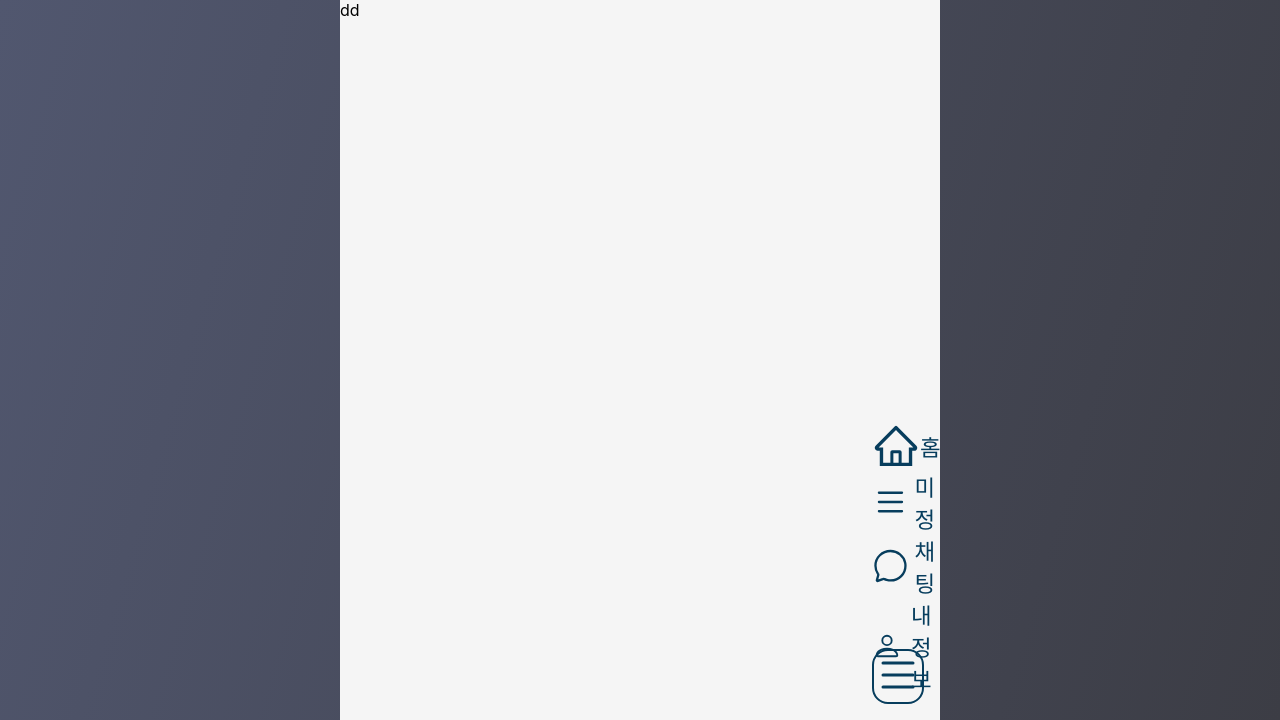
Repository: SeungYn/hanium
Page: /
An editor plug-in stored every save of this project. The page is shown before and after the next save, followed by the edit.
The browser window is 1280 px wide. The pictures show the whole page.
The project was rebuilt for these pictures with package versions that can differ from the ones it lists, and the page was loaded fresh each time. Also part of the build but not shown: src/App.css, src/components/ReadPopup/ReadPopup.module.css, src/components/ReadPopup/ReadPopup.jsx, src/pages/login/Login.jsx.

Above is the page before, as saved 2022-10-27 13:36:12.

### src/index.js
import React from 'react';
import ReactDOM from 'react-dom/client';
import './index.css';
import App from './App';

import { AuthErrorEventBus, AuthProvider } from './context/AuthContext';
import TokenStorage from './db/token';
import HttpClient from './network/http';
import AuthService from './service/auth';

const baseURL = 'https://d4a8ab3f9df191.lhr.life';
const tokenStorage = new TokenStorage();
const authErrorEventBus = new AuthErrorEventBus();
const httpClient = new HttpClient(baseURL, authErrorEventBus, tokenStorage);
const authService = new AuthService(httpClient, tokenStorage);

const root = ReactDOM.createRoot(document.getElementById('root'));
root.render(
  <React.StrictMode>
    <AuthProvider
      authService={authService}
      authErrorEventBus={authErrorEventBus}
      tokenStorage={tokenStorage}
    >
      <App authService={authService} />
    </AuthProvider>
  </React.StrictMode>
);

### src/index.css
:root {
  --color-darkBlue: #073d5d;
  --color-main: #42a5f5;
  --color-bg-dark: #f5f5f5;
  --color-bg: #fdfffd;
  --color-font: #073d5d;
  --color-accent: #073d5d;
  --color-font-accent: white;
  --color-error-bg: rgba(173, 173, 173, 0.401);
  --color-popup-bg: white;
  /* 사이즈 */
  --font-size-medium: 1.4rem;
  --font-size-small: 1rem;
}

* {
  box-sizing: border-box;
}

html,
body {
  height: 100%;
  width: 100%;
  margin: 0;
  background: rgb(81, 87, 111);
  background: linear-gradient(
    106deg,
    rgba(81, 87, 111, 1) 0%,
    rgba(60, 61, 69, 1) 100%
  );
  accent-color: var(--color-accent);
}
a {
  text-decoration: none;
  color: var(--color-font);
}
ul {
  padding: 0;
  margin: 0;
  list-style: none;
}
#root {
  height: 100%;
  width: 100%;
  max-width: 600px;
  background-color: var(--color-bg-dark);
  margin: auto;
  display: flex;
  flex-direction: column;
  position: relative;
}

button {
  cursor: pointer;
}
body {
  margin: 0;
  font-family: -apple-system, BlinkMacSystemFont, 'Segoe UI', 'Roboto', 'Oxygen',
    'Ubuntu', 'Cantarell', 'Fira Sans', 'Droid Sans', 'Helvetica Neue',
    sans-serif;
  -webkit-font-smoothing: antialiased;
  -moz-osx-font-smoothing: grayscale;
}

code {
  font-family: source-code-pro, Menlo, Monaco, Consolas, 'Courier New',
    monospace;
}

### src/App.js
import { useCallback } from 'react';
import { createBrowserRouter, RouterProvider } from 'react-router-dom';
import './App.css';
import FirstPage from './pages/firstPage/FirstPage';
import Root from './pages/Root';

// const router = createBrowserRouter([
//   {
//     path: '/',
//     element: <Root />,
//     children: [],
//   },
// ]);

function App({ authService }) {
  const router = useCallback(
    createBrowserRouter([
      {
        path: '/',
        element: <Root />,
        children: [
          { index: true, element: <FirstPage authService={authService} /> },
        ],
      },
    ]),
    [authService]
  );
  return <RouterProvider router={router} />;
}

export default App;

### src/context/AuthContext.jsx
import {
  createContext,
  createRef,
  useCallback,
  useContext,
  useEffect,
  useImperativeHandle,
  useMemo,
  useState,
} from 'react';
import ReadPopup from '../components/ReadPopup/ReadPopup';

import Login from '../pages/login/Login';

const AuthContext = createContext({});

const contextRef = createRef();

export function AuthProvider({
  authService,
  authErrorEventBus,
  children,
  tokenStorage,
}) {
  const [user, setUser] = useState(1);
  const [error, setError] = useState(null);

  const context = useMemo(() => ({}), []);

  const onLogin = async ({ loginId, password }) => {
    await authService
      .headerTokenLogin(loginId, password)
      .then((data) => {
        console.log(data);
        tokenStorage.saveUser({
          memberId: data.memberId,
          nickname: data.nickname,
        });
        setUser({ memberId: data.memberId, nickName: data.nickname });
        console.log(tokenStorage.getUser());
        return;
      })
      .catch((error) => {
        setError(error);
      });
  };

  const logout = useCallback(
    async () =>
      await authService.logout().then(() => {
        setUser(undefined);
      }),
    [authService]
  );

  useEffect(() => {
    authErrorEventBus.listen((err) => {
      console.log('err');
      console.log(err);
      setError(err);
      setUser(undefined);
      authService.logout();
    });
  }, [authErrorEventBus]);

  useEffect(() => {
    if (tokenStorage.getUser()) {
      setUser({ ...tokenStorage.getUser() });

      //nav('/');
    }

    //setUser({ token: localStorage.getItem('TOKEN') });
  }, []);

  return (
    <AuthContext.Provider value={context}>
      {user ? (
        children
      ) : (
        <>
          {error && (
            <ReadPopup content={error} onHandler={setError} type={'error'} />
          )}
          <Login authService={authService} onLogin={onLogin} />
        </>
      )}
    </AuthContext.Provider>
  );
}

export class AuthErrorEventBus {
  listen(callback) {
    this.callback = callback;
  }
  notify(error) {
    this.callback(error);
  }
}

export default AuthContext;
export const fetchToken = () => contextRef.current;
export const useAuth = () => useContext(AuthContext);

### src/db/token.js
const TOKEN = 'token';
const USER = 'user';
const USERNICKNAME = 'userNickName';
export default class TokenStorage {
  saveToken(token) {
    localStorage.setItem(TOKEN, token);
  }

  getToken() {
    return localStorage.getItem(TOKEN);
  }

  saveUser(user) {
    console.log(user);
    localStorage.setItem(USER, JSON.stringify(user));
    console.log(localStorage.getItem(USER));
  }

  getUser() {
    return JSON.parse(localStorage.getItem(USER));
  }

  clearToken() {
    console.log('토큰삭제');
    localStorage.clear(TOKEN);
  }
  clearUser() {
    console.log('유저삭제');
    localStorage.clear(USER);
  }
}

### src/network/http.js
export default class HttpClient {
  constructor(baseURL, authErrorEventBus, tokenStorage) {
    this.baseURL = baseURL;
    this.authErrorEventBus = authErrorEventBus;
    this.tokenStorage = tokenStorage;
  }

  async fetch(url, options) {
    console.log(`${this.baseURL}${url}`);
    let res = undefined;
    try {
      res = await fetch(`${this.baseURL}${url}`, {
        ...options,
        headers: {
          'Content-Type': 'application/json',
          ...options.headers,
        },
      });
    } catch (e) {
      const err = new Error('서버와 연결이 안됩니다.');
      throw err;
    }

    console.log(123);
    console.log(res);
    if (res.headers.get('Authorization')) {
      this.tokenStorage.saveToken(
        res.headers.get('Authorization').split(' ')[1]
      );
    }

    let data;
    console.log(res.headers);
    try {
      data = await res.json();
    } catch (error) {
      console.error('데이터 없어서 에러');
    }
    console.log(res);
    if (res.status > 299 || res.status < 200) {
      const message =
        data && data.message ? data.message : 'Something went wrong! 🤪';

      let error = new Error(message);

      if (res.status === 401) {
        console.log('401에러');
        error = new Error('로그인 정보가 잘 못 됐습니다.');
        this.authErrorEventBus.notify(error);
        return;
      }
      if (res.status === 400) {
        error.name = data.code ? data.code : '에러코드 등록 필요';
        console.log(error.message);
        throw error;
      }
      throw error;
    }

    return data;
  }
}

### src/service/auth.js
export default class AuthService {
  constructor(http, tokenStorage) {
    this.http = http;
    this.tokenStorage = tokenStorage;
  }

  //내 정보
  async getMyInfo() {
    const data = await this.http.fetch('/user', {
      method: 'GET',
      headers: this.getHeaders(),
    });
    return data;
  }

  //노드 /signup
  //스프링 /join
  async signup({
    nickname,
    loginId,
    password,
    email,
    sex,
    university,
    dept,
    sno,
  }) {
    console.log(nickname, loginId, password, email, sex, university, dept, sno);
    const data = await this.http.fetch('/auth/join', {
      method: 'POST',
      body: JSON.stringify({
        nickname,
        password,
        loginId,
        email,
        sex,
        university,
        dept,
        sno,
      }),
    });
    //this.tokenStorage.saveToken(data.token);
    return data;
  }

  //헤더로 토큰 받고 로그인
  async headerTokenLogin(loginId, password) {
    console.log(loginId, password);
    const data = await this.http.fetch(`/auth/login`, {
      method: 'POST',
      body: JSON.stringify({ loginId, password }),
    });
    // const res = await fetch(`${this.http.baseURL}/login`, {
    //   method: 'POST',
    //   headers: {
    //     'Content-Type': 'application/json',
    //   },
    //   body: JSON.stringify({ loginId, password }),
    // });

    // let data;
    // try {
    //   data = await res.json();
    // } catch (error) {
    //   console.error(error);
    // }

    // if (res.status > 299 || res.status < 200) {
    //   console.log('승유');
    //   const message =
    //     data && data.message ? data.message : 'Something went wrong! 🤪';
    //   const error = new Error(message);
    //   console.error('error = ', error);

    //   if (res.status === 401) {
    //     this.authErrorEventBus.notify(error);
    //   }
    //   if (res.status === 400) {
    //     error.name = data.code ? data.code : '에러코드 등록 필요';
    //     console.log(error.message);
    //     throw error;
    //   }
    //   throw error;
    // }
    // const token = res.headers.get('Authorization').split(' ')[1];
    // this.tokenStorage.saveToken(token);

    return data;
  }

  //노드서버 /idDuplicate
  //스프링서버 /duplicate-loginId
  async idDuplicateVerification(loginId) {
    const data = await this.http.fetch(`/auth/duplicate-loginId`, {
      method: 'POST',
      body: JSON.stringify({ loginId }),
    });
    return data;
  }

  async nicknameDuplicateVerification(nickname) {
    const data = await this.http.fetch(`/auth/duplicate-nickname`, {
      method: 'POST',
      body: JSON.stringify({ nickname }),
    });
    return data;
  }

  //이메일로 인증번호 받기
  async getEmailAuthenticationNumber(email) {
    console.log(email);
    const data = await this.http.fetch('/auth/mail-auth', {
      method: 'POST',
      body: JSON.stringify({
        email,
      }),
    });
    return data;
  }

  //인증번호 확인
  async authenticationNumberVerification(number) {
    const data = await this.http.fetch('/auth/mailcode-auth', {
      method: 'POST',
      body: JSON.stringify({
        code: number,
      }),
    });
    return data;
  }
  //노드서버 auth/login
  async login(loginId, password) {
    const data = await this.http.fetch('/auth/login', {
      method: 'POST',
      body: JSON.stringify({ loginId, password }),
    });
    this.tokenStorage.saveToken(data.token);
    return data;
  }

  async test() {
    const data = await this.http.fetch('/user', {
      method: 'GET',
      headers: this.getHeaders(),
    });
    return data;
  }

  async me() {
    const token = this.tokenStorage.getToken();
    return this.http.fetch('/me', {
      method: 'GET',
      headers: { Authorization: `Bearer ${token}` },
    });
  }

  async logout() {
    this.tokenStorage.clearToken();
    this.tokenStorage.clearUser();
  }

  getHeaders() {
    const token = this.tokenStorage.getToken();
    return {
      Authorization: `Bearer ${token}`,
    };
  }
}

### src/pages/firstPage/FirstPage.jsx
import React from 'react';

export default function FirstPage() {
  return <div>dd</div>;
}

### src/pages/Root.jsx
import React from 'react';
import { Outlet } from 'react-router-dom';
import Navbar from '../components/Navbar/Navbar';

export default function Root() {
  return (
    <>
      <Outlet />
      <Navbar />
    </>
  );
}

### src/components/Navbar/Navbar.jsx
import React, { useRef, useState } from 'react';
import { NavLink } from 'react-router-dom';
import styles from './Navbar.module.css';
import { AiOutlineHome } from 'react-icons/ai';
import { BsList, BsPerson } from 'react-icons/bs';
import { IoChatbubbleOutline } from 'react-icons/io5';
import { IconContext } from 'react-icons';

export default function Navbar() {
  const navMenuRef = useRef();
  const [navToggle, setNavToggle] = useState(false);
  const handleBtn = (e) => {
    setNavToggle((t) => !t);
  };
  console.log(navToggle ? styles.navAppear : styles.navDisappear);
  return (
    <nav className={styles.nav}>
      <IconContext.Provider value={{ className: styles.reactIcon }}>
        <div
          ref={navMenuRef}
          className={`${styles.navMenu} ${
            navToggle ? styles.navAppear : styles.navDisappear
          }`}
        >
          <NavLink
            to='/'
            className={({ isActive }) =>
              isActive
                ? `${styles.active} ${styles.link}`
                : `${styles.unactive} ${styles.link}`
            }
          >
            <AiOutlineHome />
            <span className={styles.text}>홈</span>
          </NavLink>

          <NavLink
            to='/1'
            className={({ isActive }) =>
              isActive
                ? `${styles.active} ${styles.link}`
                : `${styles.unactive} ${styles.link}`
            }
          >
            <BsList />
            <span className={styles.text}>미정</span>
          </NavLink>

          <NavLink
            to='/2'
            className={({ isActive }) =>
              isActive
                ? `${styles.active} ${styles.link}`
                : `${styles.unactive} ${styles.link}`
            }
          >
            <IoChatbubbleOutline />
            <span className={styles.text}>채팅</span>
          </NavLink>

          <NavLink
            to='/3'
            className={({ isActive }) =>
              isActive
                ? `${styles.active} ${styles.link}`
                : `${styles.unactive} ${styles.link}`
            }
          >
            <BsPerson />
            <span className={styles.text}>내정보</span>
          </NavLink>
        </div>
        <button className={styles.btn} onClick={handleBtn}>
          <BsList />
        </button>
      </IconContext.Provider>
    </nav>
  );
}

### src/pages/login/Login.module.css
button {
  outline: none;
  border: none;
  color: var(--color-font);
  border: 2px solid var(--color-font);
  padding: 0.4rem 0;
  background-color: transparent;
  border-radius: 1rem;
}

button:hover {
  background-color: var(--color-accent);
  color: var(--color-font-accent);
}

.container {
  display: flex;
  flex-direction: column;
  overflow-y: auto;
  align-items: center;
  width: 100%;
}
.authTitle {
  width: 100%;
  text-align: center;
  color: var(--color-font);
}
.authForm {
  width: 100%;
}

.authForm__itemList .authForm__item,
.authForm__itemList .authForm__emailGroup {
  margin-top: 0.6rem;
}

.authForm__emailGroup {
  display: flex;
}

.emailBtn {
  flex: 0 0 20%;
  font-size: var(--font-size-small);
}

label[for='signup'] {
  cursor: pointer;
}

.form_signup {
  margin-top: 0.6rem;
  text-align: center;
}

.auth_btn {
  margin-top: 0.6rem;
  width: 100%;
  font-size: var(--font-size-medium);
  outline: none;
  border: none;
  color: var(--color-font);
  border: 2px solid var(--color-font);
  padding: 0.4rem 0;
  background-color: transparent;
  border-radius: 1rem;
}

.auth_btn:hover {
  background-color: var(--color-accent);
  color: var(--color-font-accent);
}

### src/components/Navbar/Navbar.module.css
.nav {
  position: absolute;
  bottom: 1rem;
  right: 1rem;
  font-size: var(--font-size-medium);
  text-align: center;
}

.link {
  display: flex;
  align-items: center;
}

.link:hover {
  color: black;
}

.navMenu {
  /* opacity: 0;
  pointer-events: none;
  transition: all 0.1s ease-out; */
  position: absolute;
  transition: height 1s ease-out;
  overflow: hidden;
  bottom: 10px;
  min-height: 0;
}

.navAppear {
}

.navDisappear {
}

.reactIcon {
  font-size: 3rem;
}

.btn {
  padding: 0;
}

/* @keyframes listUp {
  0% {
    height: 0%;
  }
  50% {
    height: 50%;
  }
  100% {
    height: 100%;
  }
} */

Loaded but not shown: public/index.html (common file)

After the next save:
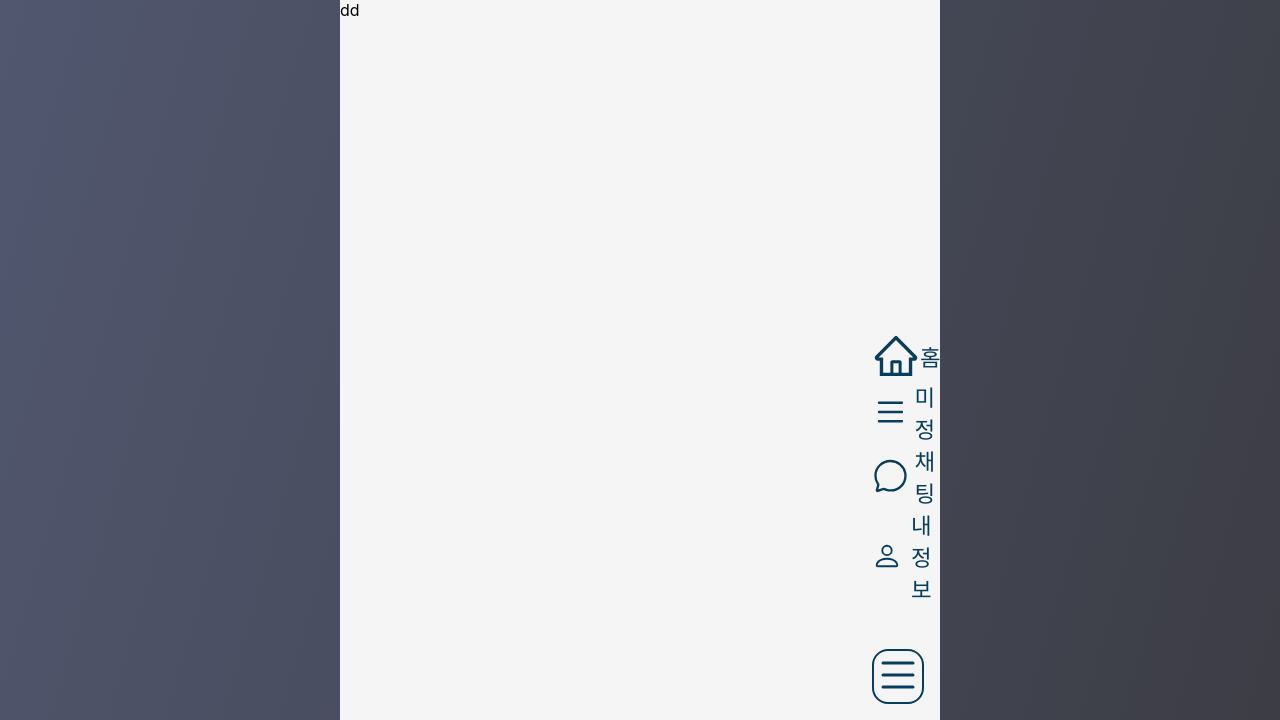
Saved 5 s later.
--- a/src/components/Navbar/Navbar.module.css
+++ b/src/components/Navbar/Navbar.module.css
@@ -22,7 +22,7 @@
   position: absolute;
   transition: height 1s ease-out;
   overflow: hidden;
-  bottom: 10px;
+  bottom: 100px;
   min-height: 0;
 }
 
